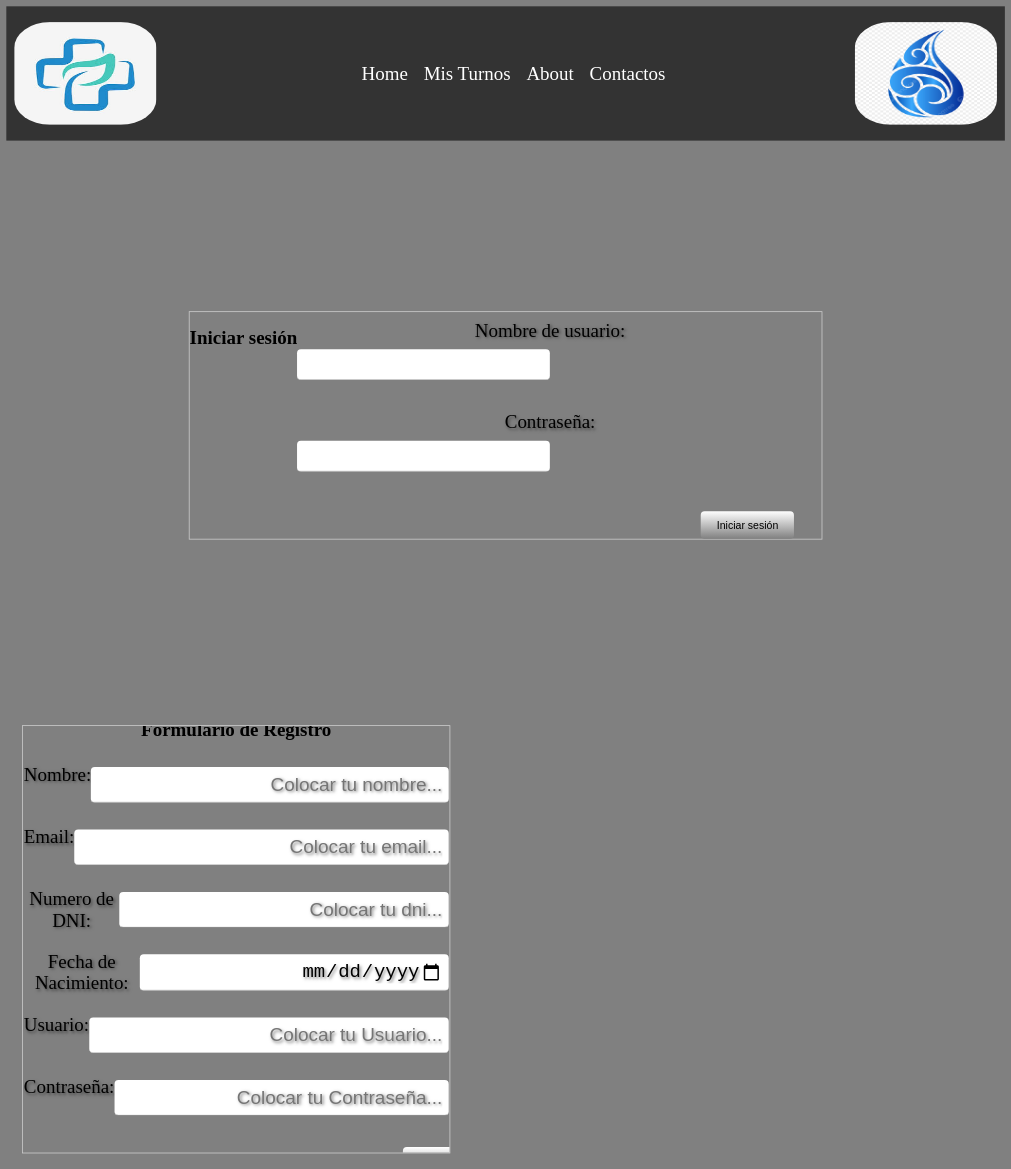
Repository: mauro8778/TurnoClinica
Page: / (app in front/vite-project/)
These files come from the project's save history. The page is drawn as it stood at one moment and after the next save; the edit follows.
The browser window is 1280 px wide. The pictures show the whole page, at 79% of full size.
The project was rebuilt for these pictures with package versions that can differ from the ones it lists, and the page was loaded fresh each time. Also part of the build but not shown: front/vite-project/vite.config.js.

Above is the page before, as saved 2024-04-14 14:10:35.

### front/vite-project/src/App.jsx

import "./index.css"
import NavBar from "./components/NavBar/NavBar.jsx";
import Login from "./views/Login/Login"
import Register from "./views/Register/Register.jsx";


function App() {


  return (
    <>
    <NavBar/>
  <Login/>
  <Register/>
    </>


  )
}

export default App

### front/vite-project/src/index.css
body{

  background-color: grey;
}

### front/vite-project/src/components/NavBar/NavBar.jsx

import  "./NavBar.css";
import hospital from "../../assets/hospital.jpg"
import logo from "../../assets/logo.jpg"


const NavBar=()=>{

    return(
    <>

    <div className="navbar">
      <img src={hospital} alt="Imagen 1" className="left-image" />
      <ul className="nav-list">
        <li>Home</li>
        <li>Mis Turnos </li>
        <li>About</li>
        <li>Contactos </li>
      </ul>
      <img src={logo} alt="Imagen 2" className="right-image" />
    </div>


    </>
    )
}
export default NavBar;

### front/vite-project/src/views/Login/Login.jsx
import { useState } from "react";
import axios from "axios"
import "./login.css";

const LoginForm = () => {
  const [credentials, setCredentials] = useState({
    username: "",
    password: ""
  });

  const [error, setError] = useState("");

  const handleInputChange = (event) => {
    const { name, value } = event.target;
    setCredentials({
      ...credentials,
      [name]: value
    });
  };

  const handleFormSubmit = async (event) => {
    event.preventDefault();
    if (!credentials.username && !credentials.password) {
        setError("Faltan rellenar los campos de usuario y contraseña");
        return;
      }
      if (!credentials.username) {
        setError("Falta colocar el nombre de usuario");
        return;
      }
      if (!credentials.password) {
        setError("Falta colocar la contraseña");
        return;
      }
    try {
        const response = await axios.post("http://localhost:3000/users/loguin", credentials);
        if (response.status === 200) {
          alert("Inicio de sesión exitoso");
        } else {
          setError("Credenciales inválidas");
        }
    } catch (error) {
        if (error.response && error.response.status === 400) {
          setError("Usuario inexistente");
        } else if (error.response && error.response.status === 401) {
          setError("Contraseña incorrecta");
        } else {
          setError ("Error al iniciar sesión. Por favor, inténtalo de nuevo más tarde");
        }
    }
};
  return (
    <div className="card-container">
    <div className="card">
      <h2>Iniciar sesión</h2>
      <form onSubmit={handleFormSubmit} className="form-container">
        <div className="input-container">
          <label htmlFor="username">Nombre de usuario:</label>
          <input
            type="text"
            id="username"
            name="username"
            value={credentials.username}
            onChange={handleInputChange}
          />
        </div>
        <div className="input-container">
          <label htmlFor="password">Contraseña:</label>
          <input
            type="password"
            id="password"
            name="password"
            value={credentials.password}
            onChange={handleInputChange}
          />
        </div>
        {error && <p className="error">{error}</p>}
        <button type="submit">Iniciar sesión</button>
      </form>
    </div>
  </div>
);
};

export default LoginForm;

### front/vite-project/src/views/Register/Register.jsx

import { useState, useEffect } from "react";
import "../Register/Register.css";
import { Validate } from "../../helper/validate";
import axios from "axios";

const Register = () => {
  const [userData, setUserData] = useState({
    name: "",
    email: "",
    nDni: "",
    birthdate: "",
    username: "",
    password: ""
  });

  const [errors, setErrors] = useState({
    name: "",
    email: "",
    nDni: "",
    birthdate: "",
    username: "",
    password: ""
  });

  const [formSubmitted, setFormSubmitted] = useState(false);

  const handleInputChange = (event) => {
    const { name, value } = event.target;
    setUserData({
      ...userData,
      [name]: value
    });
  };

  const handleFormSubmit = (event) => {
    event.preventDefault();
    setFormSubmitted(true);
  };

  useEffect(() => {
    if (formSubmitted) {
      const currentErrors = Validate(userData);
      setErrors(currentErrors);

      const noErrors = Object.values(currentErrors).every(
        (error) => error === ""
      );

      if (noErrors) {
        axios
          .post("http://localhost:3000/users/register", userData)
          .then(() => {
            alert("Usuario creado con éxito");
            setFormSubmitted(false);
            setUserData({
              name: "",
              email: "",
              nDni: "",
              birthdate: "",
              username: "",
              password: ""
            });
            setErrors({
              name: "",
              email: "",
              nDni: "",
              birthdate: "",
              username: "",
              password: ""
            });
          })
          .catch((error) => {
            console.error("Error al enviar los datos:", error);
          });
      }
    }
  }, [formSubmitted, userData]);

  return (
    <>
      <div className="tarjeta">
        <div className="contenido">
          <h2>Formulario de Registro</h2>
          <form onSubmit={handleFormSubmit}>
            <label htmlFor="name">
              Nombre:
              <input
                type="text"
                value={userData.name}
                name="name"
                placeholder="Colocar tu nombre..."
                onChange={handleInputChange}
              />
            </label>
            {formSubmitted && <p className="error">{errors.name}</p>}

            <label htmlFor="email">
              Email:
              <input
                type="text"
                value={userData.email}
                name="email"
                placeholder="Colocar tu email..."
                onChange={handleInputChange}
              />
            </label>
            {formSubmitted && <p className="error">{errors.email}</p>}

            <label htmlFor="nDni">
              Numero de DNI:
              <input
                type="text"
                value={userData.nDni}
                name="nDni"
                placeholder="Colocar tu dni..."
                onChange={handleInputChange}
              />
            </label>
            {formSubmitted && <p className="error">{errors.nDni}</p>}

            <label htmlFor="birthdate">
              Fecha de Nacimiento:
              <input
                type="date"
                value={userData.birthdate}
                name="birthdate"
                placeholder="Colocar tu Fecha de Nacimiento..."
                onChange={handleInputChange}
              />
            </label>
            {formSubmitted && <p className="error">{errors.birthdate}</p>}

            <label htmlFor="username">
              Usuario:
              <input
                type="text"
                value={userData.username}
                name="username"
                placeholder="Colocar tu Usuario..."
                onChange={handleInputChange}
              />
            </label>
            {formSubmitted && <p className="error">{errors.username}</p>}

            <label htmlFor="password">
              Contraseña:
              <input
                type="password"
                value={userData.password}
                name="password"
                placeholder="Colocar tu Contraseña..."
                onChange={handleInputChange}
              />
            </label>
            {formSubmitted && <p className="error">{errors.password}</p>}

            <button type="submit">Enviar</button>
          </form>
        </div>
      </div>
    </>
  );
};

export default Register;

### front/vite-project/src/components/NavBar/NavBar.css
.navbar {
  display: flex;
  justify-content: space-between;
  align-items: center;
  background-color: #333;
  padding: 10px;
  height: 150px;
}

.nav-list {
  list-style: none;
  display: flex;
  margin: 0;
  padding: 0;
}

.nav-list li {
  margin-left: 20px;
  color: white;
  font-size: 1.5rem;
}

.left-image,
.right-image {
  width: 180px;
  height: 130px;
  border-radius: 25%;
}

### front/vite-project/src/views/Login/login.css
.card-container {
  display: flex;
  justify-content: center;
  align-items: center;
  height: 100vh;
}
.centered{
  text-align: center;
  font-size: 3rem;
  color: black;
  padding: 10px 20px;
  text-shadow: 2px 2px 4px rgba(0, 0, 0, 0.5);
}
label{
  text-align: center;
  font-size: 1.5rem;
  color: black;
  padding: 10px 20px;
  border-radius: 5px;
  text-shadow: 2px 2px 4px rgba(0, 0, 0, 0.5);
  display: flex;
  justify-content: center;

}
input{
  text-align: right;
  font-size: 1.5rem;
  color: black;
  padding: 10px 20px;
  border-radius: 5px;
  text-shadow: 2px 2px 4px rgba(0, 0, 0, 0.5);
}

.card {
  display: flex;
  border: 1px solid #ccc;
  width: 80%;
  max-width: 800px;
}

.left-column,
.right-column {
  flex: 1;
  padding: 20px;
  background: linear-gradient(white,grey) ;
  display: flex;
  justify-content: center;
  align-items: center;
}

.left-column {
  border-right: 1px solid #ccc;
  background: linear-gradient(white,grey);
  display: flex;
  justify-content: center;
  align-items: center;
}

.right-column {
  display: flex;
  flex-direction: column;
  align-items: center;
  padding: 20px; }

.right-column h2 {
  margin-bottom: 20px;
}

.form-container {
  width: 80%;
  text-align: center;
}

.input-container {
  width: 100%;
  margin-bottom: 20px;
  text-align: left;
}

.error {
  color: red;
  text-align: center;
}

.button-container {
  margin: 0 5px;
}


.botones{
  display: flex;
  justify-content: space-between;
  align-items: center;
}
button {
  padding: 10px 20px;
  background: linear-gradient(white, grey);
  transition: background-color 0.3s ease;
  text-decoration: none;
  color: #333;
  border-radius: 5px;
}
button:hover {
  background-color: rgba(0, 0, 0, 0.1);
}
.Links {
  padding: 10px 20px;
  background: linear-gradient(white, grey);
  transition: background-color 0.3s ease;
  text-decoration: none;
  color: #333;
  border-radius: 5px;
}
.Links:hover {
  background-color: rgba(0, 0, 0, 0.1);
}

### front/vite-project/src/views/Register/Register.css
.tarjeta {
    display: flex;
    flex-direction: column;
    justify-content: center;
    align-items: center;
    width: 500px;
    height: 500px;
    margin: 20px;
    padding: 20px;
    position: relative;
    overflow: hidden;
    border: 1px solid #ccc;
    background-color: transparent;
    transition: all 0.3s ease;
  }

  .tarjeta:hover {
    transform: scale(1.05);
    box-shadow: 0 0 10px rgba(0, 0, 0, 0.2);
  }

  .contenido {
    display: flex;
    flex-direction: column;
    align-items: center;
  }

  .contenido h2 {
    color: black;
  }

  button {
    margin-top: 20px;
    padding: 10px 20px;
    background-color: transparent;
    border: none;
    color: black;
    cursor: pointer;
    margin-left: 500px;
  }

  button:hover {
    background-color: #ccc;
  }

  input {
    margin-bottom: 10px;
    padding: 5px;
    border: none;
    border-bottom: 1px solid #ccc;
    outline: none;
  }
  input:focus {
    border-bottom-color: black;
  }
  .error{
color: red;

  }
  .contenido label input {
    width: 100%;
    padding: 8px;
    margin-top: 4px;
  }

### front/vite-project/src/helper/validate.js
export const Validate = (input) => {
    const errors = {};

    const nameRegex = /^[A-Za-z]{1,20}$/;
    if (!nameRegex.test(input.name)) {
        errors.name = "El nombre debe contener solo letras y tener máximo 20 caracteres";
    }

    const emailRegex = /^[^\s@]+@[^\s@]+\.[^\s@]+$/;
    if (!emailRegex.test(input.email)) {
        errors.email = "El email no es válido";
    }

    const nDniRegex = /^\d{1,8}$/;
    if (!nDniRegex.test(input.nDni)) {
        errors.nDni = "El número de DNI debe contener solo números y tener máximo 8 dígitos";
    }

    const birthdateRegex = /^(19|20)\d\d-(0[1-9]|1[0-2])-(0[1-9]|[12][0-9]|3[01])$/;
    if (!birthdateRegex.test(input.birthdate)) {
        errors.birthdate = "La fecha de nacimiento no es válida";
    }

    const usernameRegex = /^[A-Za-z0-9_]{3,20}$/;
    if (!usernameRegex.test(input.username)) {
        errors.username = "El nombre de usuario debe contener solo letras, números y guiones bajos, y tener entre 3 y 20 caracteres";
    }

    const passwordRegex = /^.{8,}$/;
    if (!passwordRegex.test(input.password)) {
        errors.password = "La contraseña debe tener al menos 8 caracteres";
    }

    return errors;
};

Loaded but not shown: front/vite-project/index.html (common file); front/vite-project/src/main.jsx (common file)

After the next save:
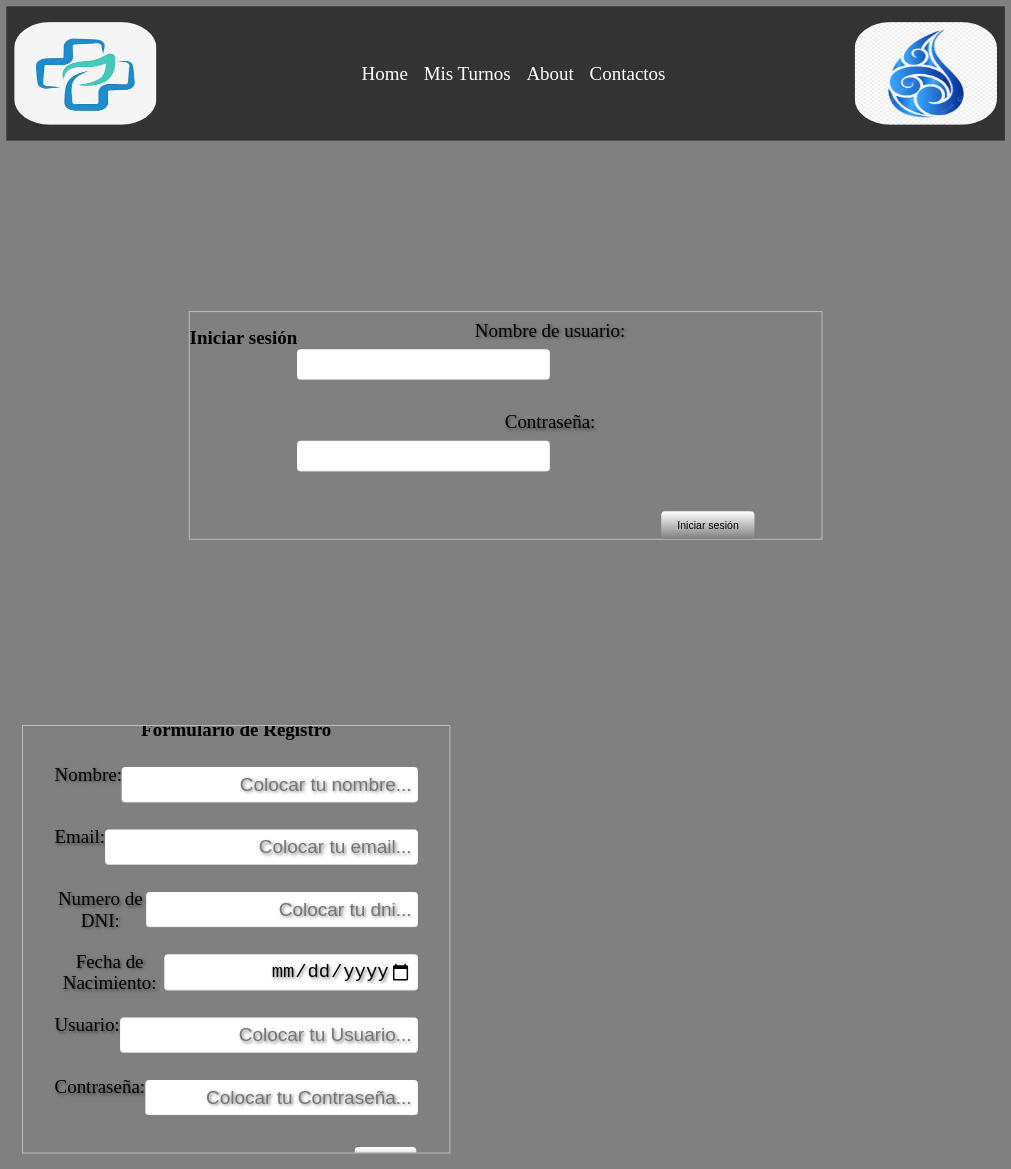
Saved 5 s later.
--- a/front/vite-project/src/views/Register/Register.css
+++ b/front/vite-project/src/views/Register/Register.css
@@ -36,7 +36,7 @@
     border: none;
     color: black;
     cursor: pointer;
-    margin-left: 500px;
+    margin-left: 400px;
   }
 
   button:hover {
